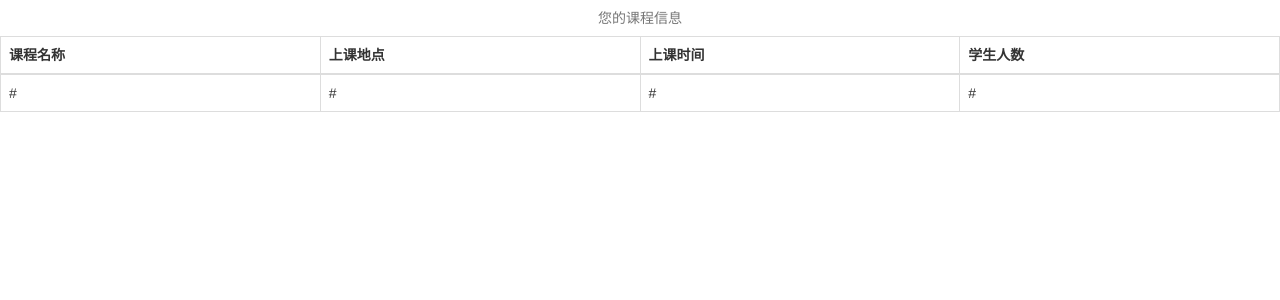
Repository: xu459898103/DBExperiment2017
Page: http://localhost/EA_System/iframe/teacher/jskcxx.jsp
These files come from the project's save history. The page is drawn as it stood at one moment and after the next save; the edit follows.
The browser window is 1280 px wide. The pictures show the whole page.
The page is served by Tomcat 9. Other server files are loaded and not shown.

Above is the page before, as saved 2017-12-16 11:39:32.

### EA System/WebContent/iframe/teacher/jskcxx.jsp
<%@ page language="java" contentType="text/html; charset=UTF-8"
	pageEncoding="UTF-8"%>
<!DOCTYPE html>
<html>
<head>
<meta http-equiv="Content-Type" content="text/html; charset=UTF-8">
<title>Insert title here</title>
<link rel="stylesheet"
	href="https://maxcdn.bootstrapcdn.com/bootstrap/3.3.7/css/bootstrap.min.css">
<script src="libs/bootstrap-3.3.7-dist/js/jquery-3.2.1.js"></script>
<script src="libs/bootstrap-3.3.7-dist/js/bootstrap.js"></script>
<style type="text/css">
#biaoge {
	margin: 0px auto;
}
</style>
</head>
<body>
	<div id="biaoge">
		<table class="table table-bordered">
			<caption style="text-align: center">您的课程信息</caption>
			<thead>
				<tr>
					<th>课程名称</th>
					<th>上课地点</th>
					<th>上课时间</th>
					<th>学生人数</th>

				</tr>
			</thead>
			<tbody>
				<%

				%>
				<tr>
					<td>#</td>
					<td>#</td>
					<td>#</td>
					<td>#</td>
				<tr>
					<%

					%>

			</tbody>
		</table>
	</div>
</body>
</html>

Loaded but not shown: EA System/WebContent/libs/bootstrap-3.3.7-dist/js/jquery-3.2.1.js (library); EA System/WebContent/libs/bootstrap-3.3.7-dist/js/bootstrap.js (library)

After the next save:
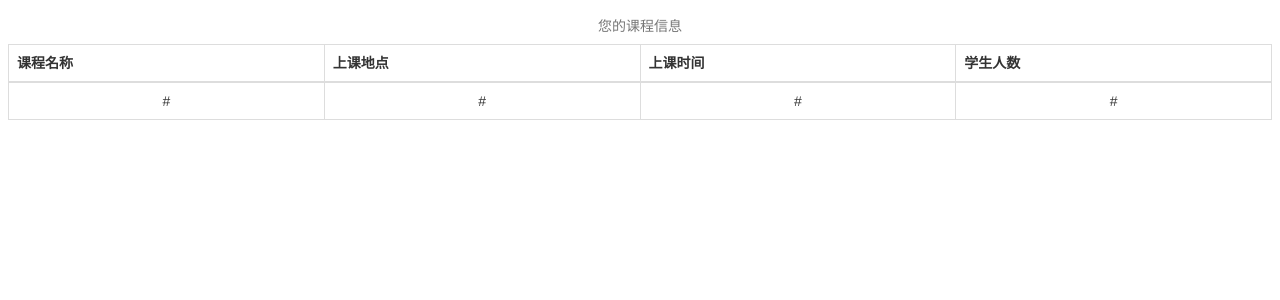
Saved 33 s later.
--- a/EA System/WebContent/iframe/teacher/jskcxx.jsp
+++ b/EA System/WebContent/iframe/teacher/jskcxx.jsp
@@ -11,7 +11,9 @@
 <script src="libs/bootstrap-3.3.7-dist/js/bootstrap.js"></script>
 <style type="text/css">
 #biaoge {
-	margin: 0px auto;
+	margin:6px;
+	padding:2px;
+	text-align:center;
 }
 </style>
 </head>
